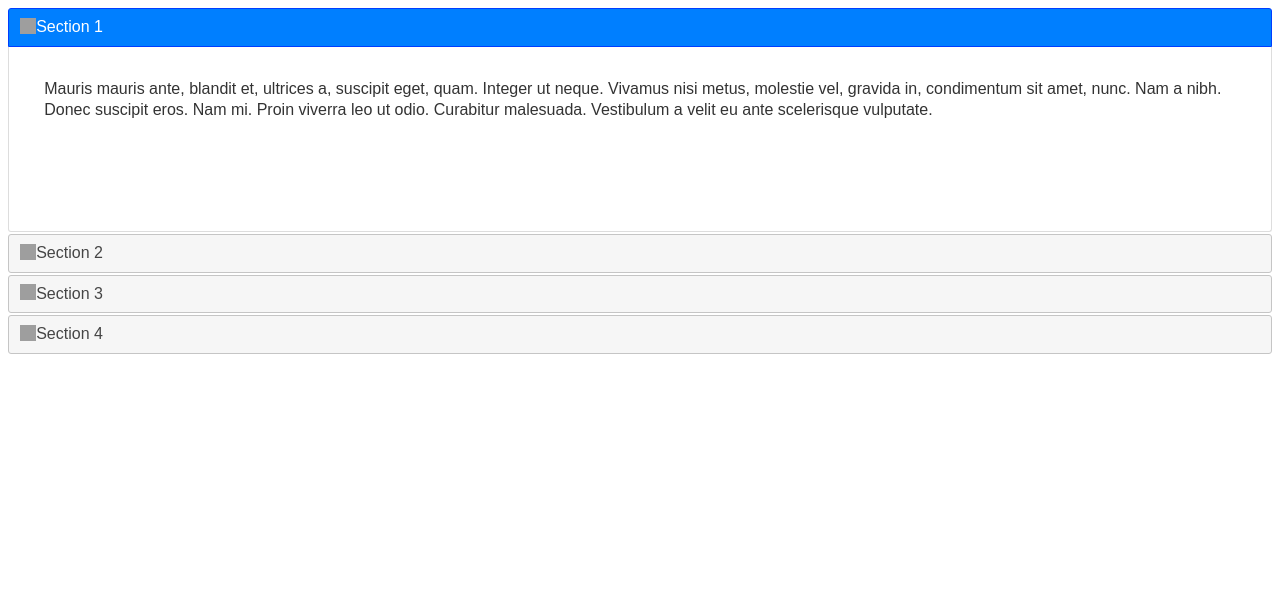
Repository: jwsimhj97/jwork_n
Page: JSPProject/WebContent/03-08/accoExam.html
An editor plug-in stored every save of this project. The page is shown before and after the next save, followed by the edit.
The browser window is 1280 px wide. The pictures show the whole page.
Pictures or frames that could not be fetched are drawn as grey boxes.

Above is the page before, as saved 2022-03-08 08:33:47.

After the next save:
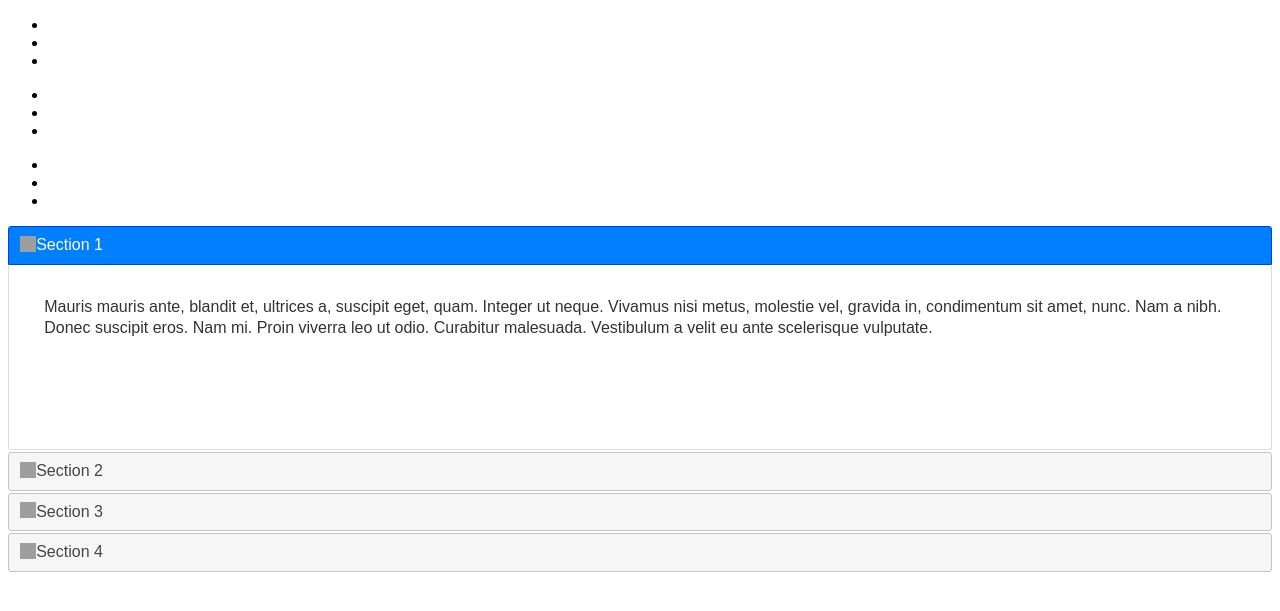
Saved 20 min 47 s later.
--- a/JSPProject/WebContent/03-08/accoExam.html
+++ b/JSPProject/WebContent/03-08/accoExam.html
@@ -16,6 +16,24 @@
   </script>
 </head>
 <body>
+
+<div>
+	<ul>
+		<li></li>
+		<li></li>
+		<li></li>
+	</ul>
+	<ul>
+		<li></li>
+		<li></li>
+		<li></li>
+	</ul>
+	<ul>
+		<li></li>
+		<li></li>
+		<li></li>
+	</ul>
+</div>
 
 <div id="accordion">
   <h3>Section 1</h3>
